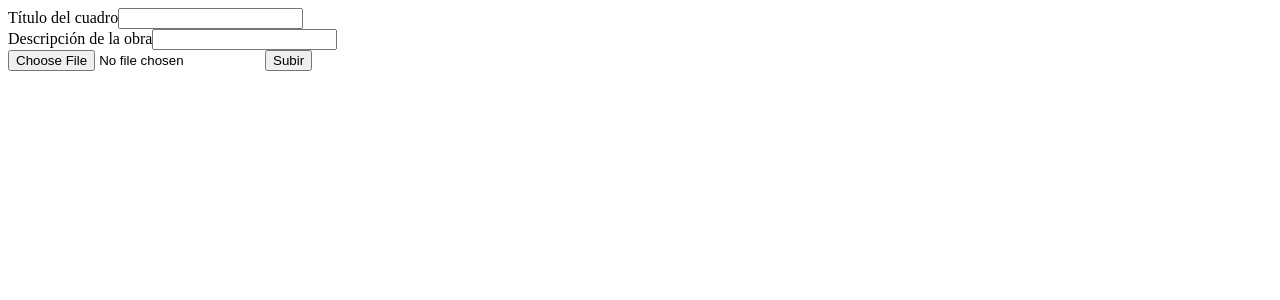
Repository: mmarjusticia/proyectoGaleria
Page: templates/_viewSubir.html
The author's editor kept a record of every edit. The page is drawn from the files as they stood at one moment, then again after the next edit.
The browser window is 1280 px wide. The pictures show the whole page.

Above is the page before.

After the next edit:
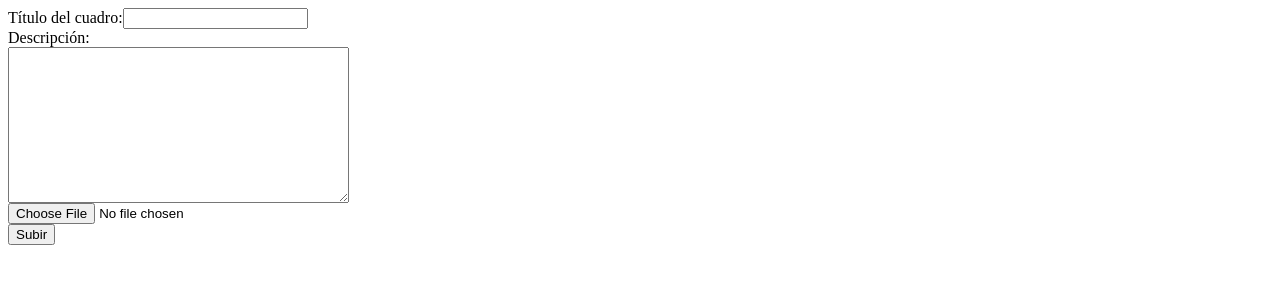
The edit:
--- a/templates/_viewSubir.html
+++ b/templates/_viewSubir.html
@@ -1,6 +1,6 @@
 <form method="post" action="index.php?op=phpSubir">
-    <span>Título del cuadro</span><input type="text" name="titulo"/><br>
-    <span>Descripción de la obra</span><input type="text" name="titulo"/><br>
-    <input type="file" name="archivo"/>
+    <span>Título del cuadro:</span><input type="text" name="titulo"/><br>
+    <span>Descripción:</span><br><textarea rows="10" cols="40" name="descripcion"></textarea><br>
+    <input type="file" name="archivo"/><br>
     <input type="submit"value="Subir"/>
 </form>
